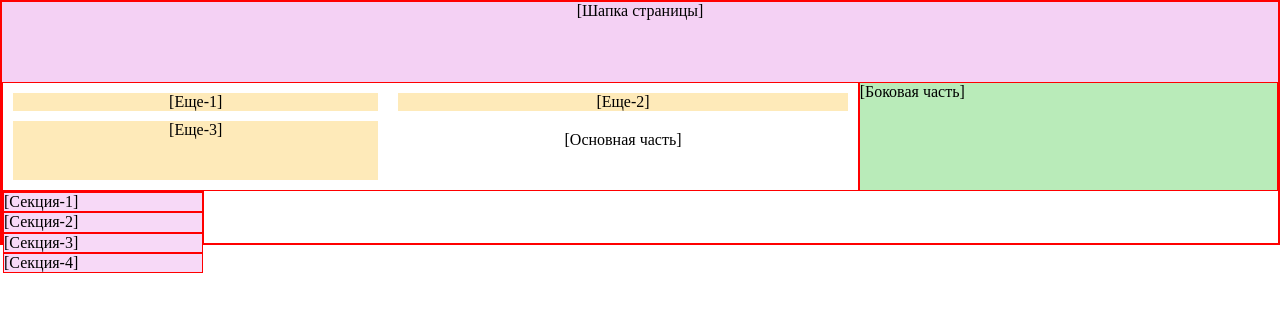
Repository: IrinaGetmanenko/week6
Page: grid.html
The author's editor kept a copy of each file at every save. The page is drawn from the files as they stood at one save, then again after the next save.
The browser window is 1280 px wide. The pictures show the whole page.

Above is the page before, as saved 2022-10-22 19:22:23.

After the next save:
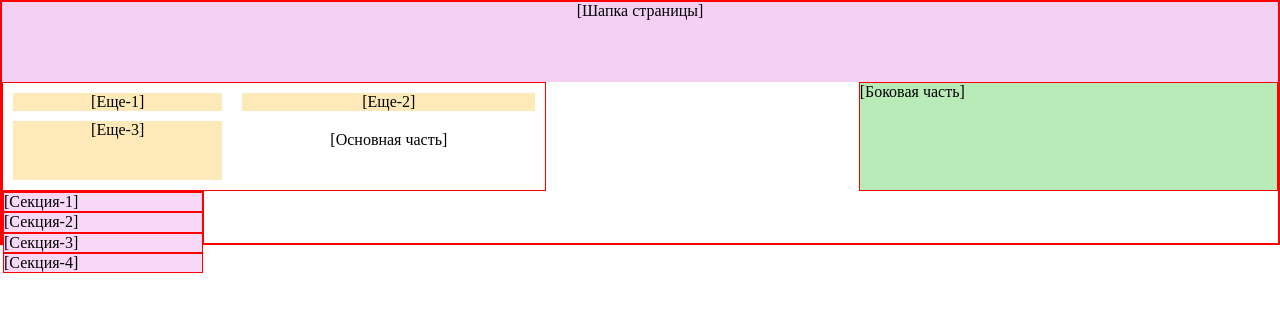
Saved 7 min 4 s later.
--- a/grid.html
+++ b/grid.html
@@ -29,7 +29,7 @@
 .inner{
   border: 1px solid red;
   display: grid;
-  grid-area: inner;
+
   grid-template-areas:"main main main "
                        "left right"
                        "bottom bottom bottom"

After the save that followed:
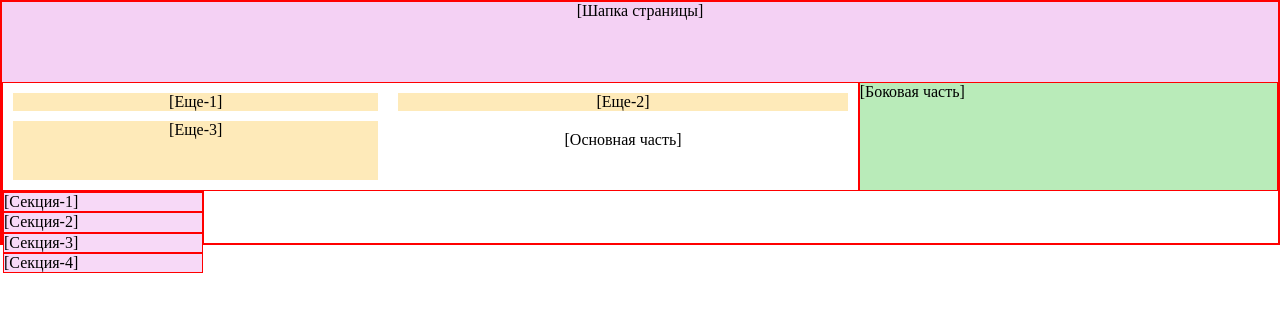
Saved 18 s later.
--- a/grid.html
+++ b/grid.html
@@ -29,7 +29,7 @@
 .inner{
   border: 1px solid red;
   display: grid;
-
+  grid-area: inner;
   grid-template-areas:"main main main "
                        "left right"
                        "bottom bottom bottom"
